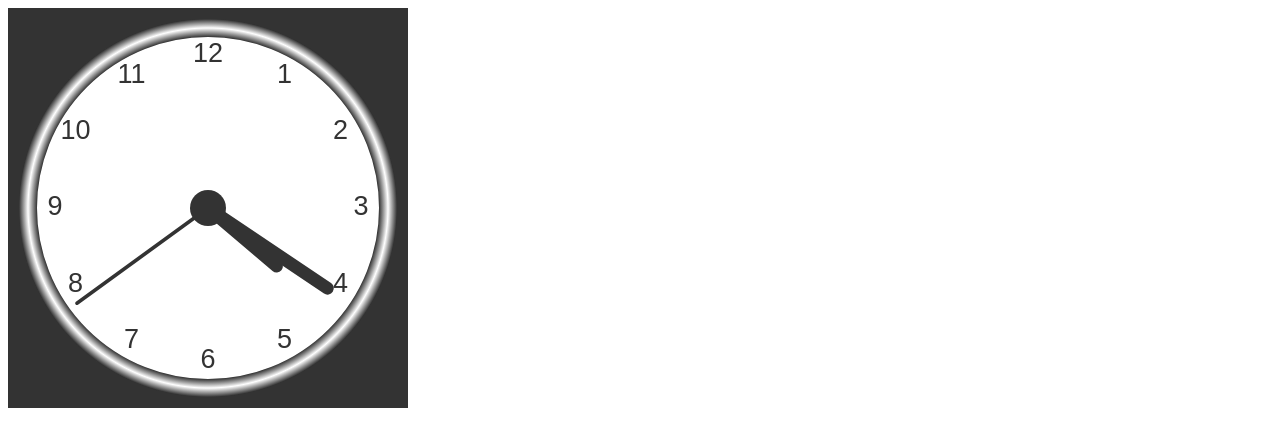
Repository: ManojAndroid/WellcomeToAndroidApp
Page: AddressBook_App/Canvas_Project/WebContent/Clock.html
These files come from the project's save history. The page is drawn as it stood at one moment and after the next save; the edit follows.
The browser window is 1280 px wide. The pictures show the whole page.

Above is the page before, as saved 2017-04-20 13:05:27.

After the next save:
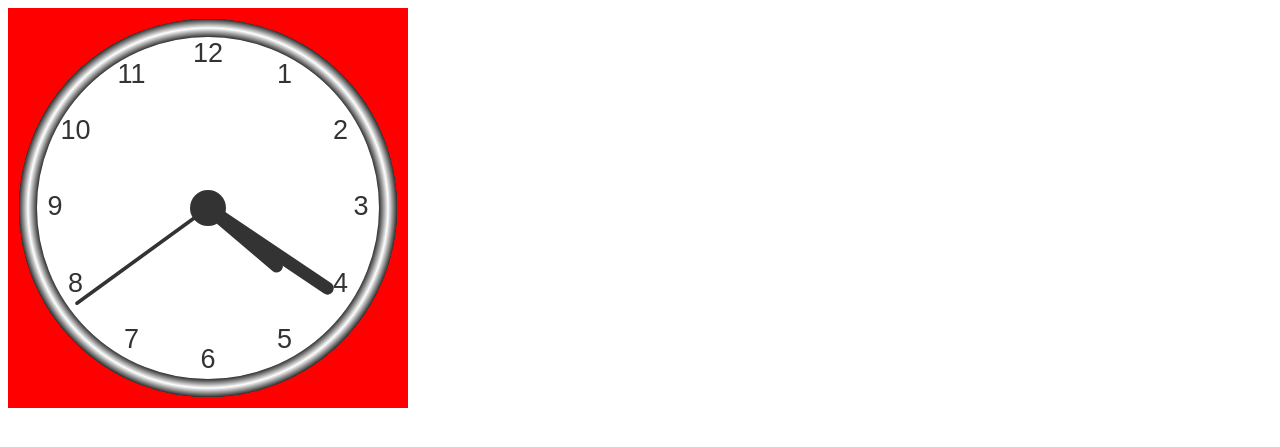
Saved 50 s later.
--- a/AddressBook_App/Canvas_Project/WebContent/Clock.html
+++ b/AddressBook_App/Canvas_Project/WebContent/Clock.html
@@ -3,7 +3,7 @@
 <body>
 
 <canvas id="canvas" width="400" height="400"
-style="background-color:#333">
+style="background-color:red">
 </canvas>
 
 <script>
